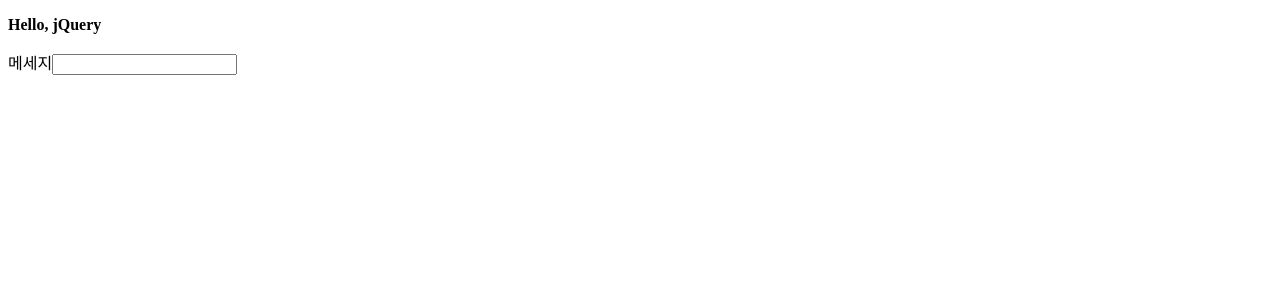
Repository: YERIN0531/SEOYERIN_WEBPRO
Page: gitSource/07_jQuery/jq01/WebContent/04_val_html.html
An editor plug-in stored every save of this project. The page is shown before and after the next save, followed by the edit.
The browser window is 1280 px wide. The pictures show the whole page.

Above is the page before, as saved 2022-06-21 01:36:15.

### gitSource/07_jQuery/jq01/WebContent/04_val_html.html
<!DOCTYPE html>
<html>
<head>
<meta charset="EUC-KR">
<title>Insert title here</title>
<script src="https://code.jquery.com/jquery-3.6.0.min.js"></script>
<script>
 $(document).ready(function(){
	 $('#msg').html('<b>Hello, jQuery</b>');

 });
</script>

</head>
<body>
	<p id="msg"></p>
	<p>메세지<input type="text" name="msg"></p>
</body>
</html>

After the next save:
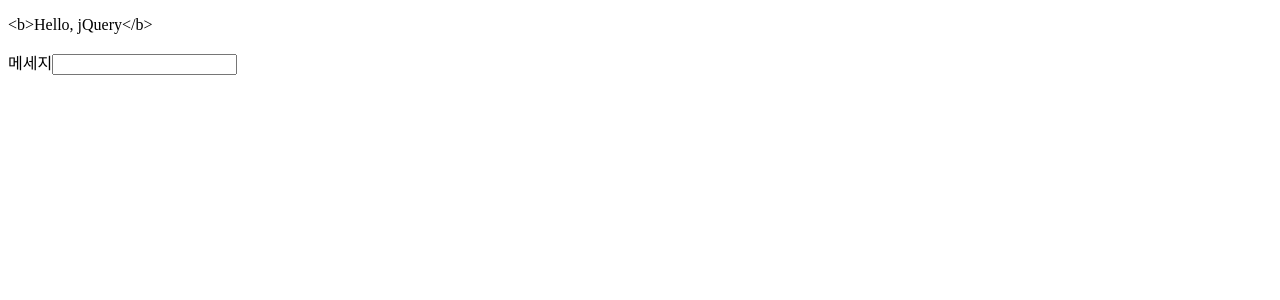
Saved 32 s later.
--- a/gitSource/07_jQuery/jq01/WebContent/04_val_html.html
+++ b/gitSource/07_jQuery/jq01/WebContent/04_val_html.html
@@ -7,7 +7,7 @@
 <script>
  $(document).ready(function(){
 	 $('#msg').html('<b>Hello, jQuery</b>');
-
+	 $('#msg').text('<b>Hello, jQuery</b>');
  });
 </script>
 

After the save that followed:
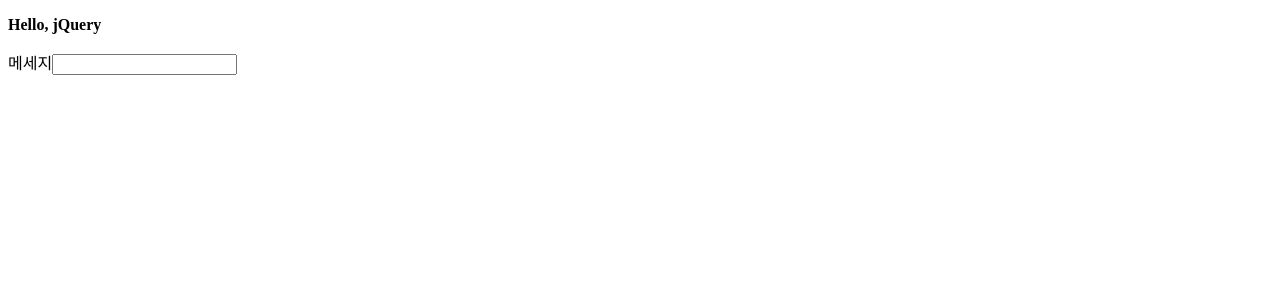
Saved 30 s later.
--- a/gitSource/07_jQuery/jq01/WebContent/04_val_html.html
+++ b/gitSource/07_jQuery/jq01/WebContent/04_val_html.html
@@ -7,7 +7,8 @@
 <script>
  $(document).ready(function(){
 	 $('#msg').html('<b>Hello, jQuery</b>');
-	 $('#msg').text('<b>Hello, jQuery</b>');
+// 	 $('#msg').text('<b>Hello, jQuery</b>');
+	 var msg = $('#msg').html();
  });
 </script>
 
